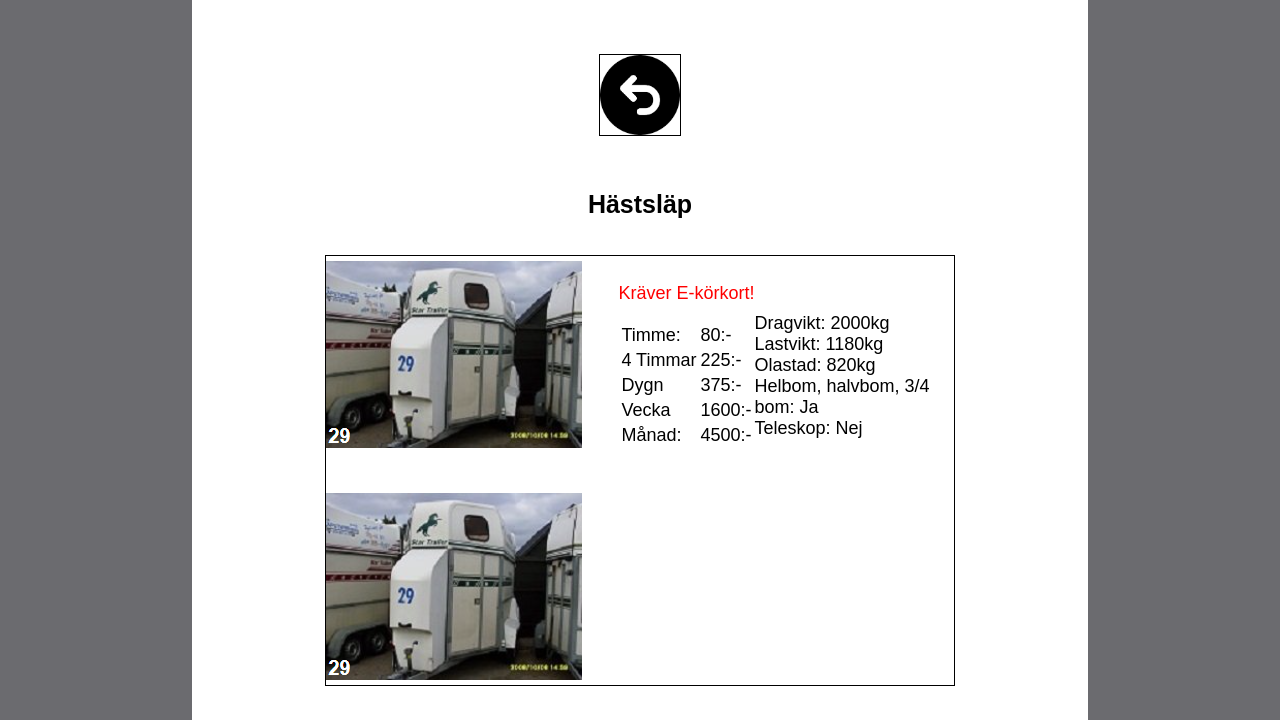
Repository: mirkbirki/mirkbirki.github.io
Page: hastslap.html
The author's editor kept a copy of each file at every save. The page is drawn from the files as they stood at one save, then again after the next save.
The browser window is 1280 px wide. The pictures show the whole page.

Above is the page before, as saved 2022-12-14 11:01:43.

After the next save:
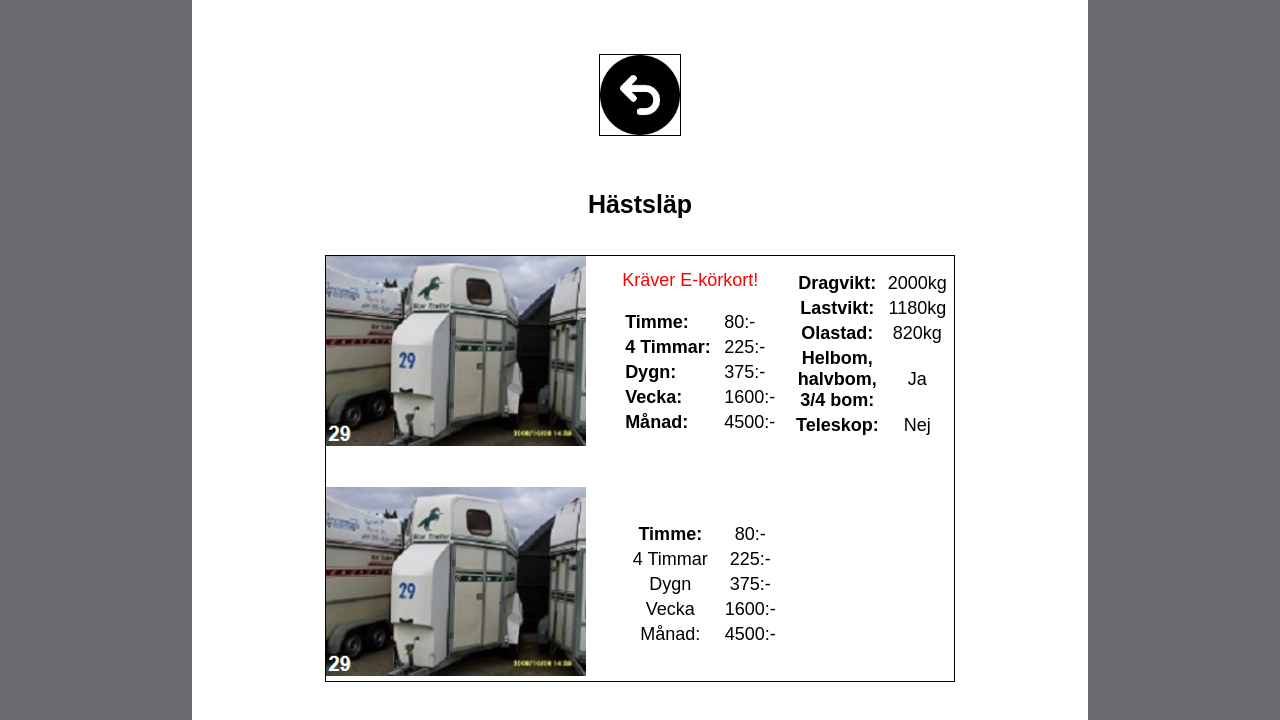
Saved 22 h 58 min later.
--- a/hastslap.html
+++ b/hastslap.html
@@ -15,13 +15,65 @@
         <h1>Hästsläp</h1>
         <div class="hastslap-grid">
             <div class="hastslap-1">
-                <img src="hastslap1.png">
+                <img class="slap-img" src="hastslap1.png">
             </div>
             <div class="hastslap-2">
                 <p class="red">Kräver E-körkort!</p>
                 <table class="uthyrning-table">
+                    <tr>
+                        <td class="bold">Timme:</td>
+                        <td class="slap">80:-</td>
+                    </tr>
+                    <tr>
+                        <td class="bold">4 Timmar:</td>
+                        <td class="slap">225:-</td>
+                    </tr>
+                    <tr>
+                        <td class="bold">Dygn:</td>
+                        <td class="slap">375:-</td>
+                    </tr>
+                    <tr>
+                        <td class="bold">Vecka:</td>
+                        <td class="slap">1600:-</td>
+                    </tr>
+                    <tr>
+                        <td class="bold">Månad:</td>
+                        <td class="slap">4500:-</td>
+                    </tr>
+                </table>
+            </div>
+            <div class="hastslap-3">
+                <p>&nbsp;</p>
+                <table class="uthyrning-table">
+                    <tr>
+                        <td class="bold">Dragvikt:</td>
+                        <td class="slap">2000kg</td>
+                    </tr>
+                    <tr>
+                        <td class="bold">Lastvikt:</td>
+                        <td class="slap">1180kg</td>
+                    </tr>
+                    <tr>
+                        <td class="bold">Olastad:</td>
+                        <td class="slap">820kg</td>
+                    </tr>
+                    <tr>
+                        <td class="bold">Helbom, halvbom, 3/4 bom:</td>
+                        <td class="slap">Ja</td>
+                    </tr>
+                    <tr>
+                        <td class="bold">Teleskop:</td>
+                        <td class="slap">Nej</td>
+                    </tr>
+                </table>
+            </div>
+            <div class="hastslap-4">
+                <img class="slap-img" src="hastslap1.png">
+            </div>
+            <div class="hastslap-5">
+                <table class="uthyrning-table">
                     <tr class="slap">
-                        <td>Timme:</td>
+                        <td class="bold">Timme:</td>
                         <td>80:-</td>
                     </tr>
                     <tr>
@@ -42,19 +94,6 @@
                     </tr>
                 </table>
             </div>
-            <div class="hastslap-3">
-                <p>&nbsp;</p>
-                <ul>
-                    <li>Dragvikt: 2000kg</li>
-                    <li>Lastvikt: 1180kg</li>
-                    <li>Olastad: 820kg</li>
-                    <li>Helbom, halvbom, 3/4 bom: Ja</li>
-                    <li>Teleskop: Nej</li>
-                </ul>
-            </div>
-            <div class="hastslap-4">
-                <img src="hastslap1.png">
-            </div>
         </div>
     </div>
 </body>
--- a/styles.css
+++ b/styles.css
@@ -328,7 +328,7 @@ main h2 {
 .hastslap-1 {
 }
 
-.hastslap-1 img {
+.slap-img {
     width: 100%;
 }
 
@@ -337,15 +337,24 @@ main h2 {
 }
 
 .hastslap-2 {
+    margin-top: -1rem;
     text-align: left;
     width: fit-content;
 }
 
 .uthyrning-table {
-
+    width: 9rem;
+}
+
+.slap {
+}
+
+.bold {
+    font-weight: bold;
 }
 
 .hastslap-3 {
+    margin-top: -3rem;
     width: fit-content;
     margin-left: -2rem;
 }
